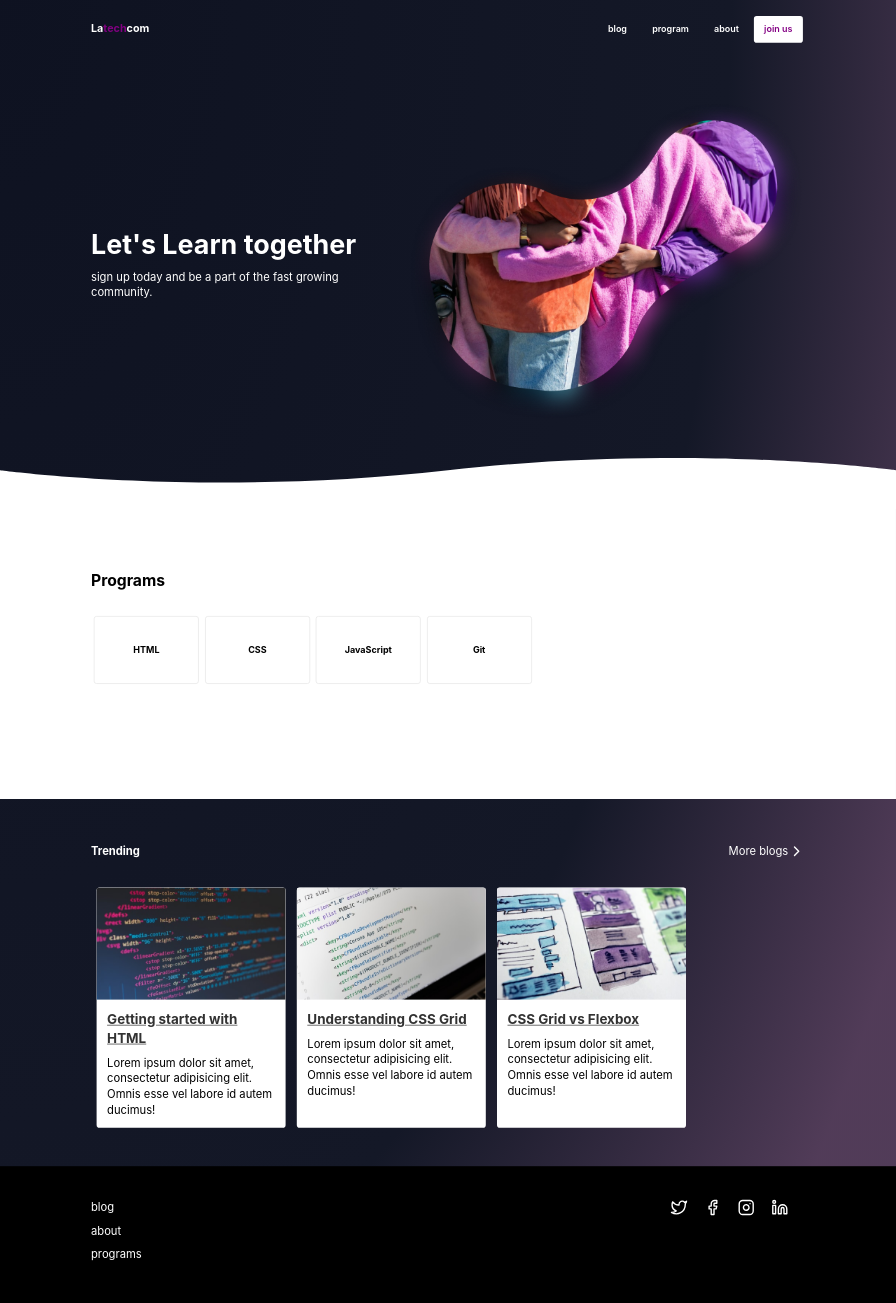
Repository: giprim/community
Page: /
The author's editor kept a copy of each file at every save. The page is drawn from the files as they stood at one save, then again after the next save.
The browser window is 1280 px wide. The pictures show the whole page, at 70% of full size.
The project was rebuilt for these pictures with package versions that can differ from the ones it lists, and the page was loaded fresh each time. Also part of the build but not shown: src/App.css, src/pages/Register.tsx.

Above is the page before, as saved 2020-10-26 00:13:24.

### src/index.css
* {
  padding: 0;
  margin: 0;
  box-sizing: border-box;
  line-height: 140%;
}

html {
  scroll-behavior: smooth;
}

body {
  font-family: -apple-system, BlinkMacSystemFont, "Segoe UI", "Roboto", "Oxygen",
    "Ubuntu", "Cantarell", "Fira Sans", "Droid Sans", "Helvetica Neue",
    sans-serif;
  -webkit-font-smoothing: antialiased;
  -moz-osx-font-smoothing: grayscale;

  background: radial-gradient(
      115.04% 150.55% at 0% -2.74%,
      #0e1221 0%,
      #141827 70.94%,
      #1d0126c4 100%
    )
    no-repeat;

  height: 100%;
}

code {
  font-family: source-code-pro, Menlo, Monaco, Consolas, "Courier New",
    monospace;
}

### src/App.tsx
import React from 'react';
import './App.css';

import { Route, Switch } from 'react-router-dom';
import { ChevronRight } from 'react-feather';
import Footer from './components/Footer';
import Home from './pages/Home';
import Register from './pages/Register';
import Navbar from './components/Navbar';

function App() {
  return (
    <>
      <Navbar />
      <Switch>
        <Route path='/' exact component={Home} />
        <Route path='/signup' exact component={Register} />
      </Switch>
      <Footer />
    </>
  );
}

export default App;

### src/components/Footer.tsx
import styled from '@emotion/styled';
import React from 'react';
import { Facebook, Instagram, Linkedin, Twitter } from 'react-feather';
import { Link } from 'react-router-dom';
import { HashLink } from 'react-router-hash-link';
import { StyledContainer } from '../pages/Home';

const Footer = () => {
  return (
    <StyledFooter>
      <StyledContainer>
        <div className='flex'>
          <ul>
            <li>
              <Link to='/blog'>blog</Link>
            </li>
            <li>
              <Link to='/about'>about</Link>
            </li>
            <li>
              <HashLink to='/#program'>programs</HashLink>
            </li>
          </ul>

          <div className='socials'>
            <a href='#' target='_blank'>
              <Twitter />
            </a>
            <a href='#' target='_blank'>
              <Facebook />
            </a>
            <a href='#' target='_blank'>
              <Instagram />
            </a>
            <a href='#' target='_blank'>
              <Linkedin />
            </a>
          </div>
        </div>
      </StyledContainer>
    </StyledFooter>
  );
};

export default Footer;

const StyledFooter = styled('div')`
  background: black;
  padding: 2em 0;
  * {
    color: white;
  }

  .flex {
    display: flex;
    justify-content: space-between;
  }
  ul {
    list-style: none;
    li {
      padding-bottom: 0.7rem;
    }
  }

  a {
    text-decoration: none;
    :hover {
      text-decoration: underline;
    }
  }

  .socials {
    a {
      margin-right: 1.5em;
      svg {
        transition: 0.19s ease-in-out;
      }
      svg:hover {
        fill: white;
        stroke: none;
      }
    }
  }
`;

### src/pages/Home.tsx
import styled from '@emotion/styled';
import React from 'react';
import { ChevronRight } from 'react-feather';
import { Link } from 'react-router-dom';
import Banner from '../components/Banner';
import BlogCard from '../components/BlogCard';
import Navbar from '../components/Navbar';
import Programs from '../components/Programs';
import startHtml from '../images/starthtml.png';
import cssgrid from '../images/cssgrid.png';
import flexbox from '../images/flexbox.png';
import whiteBg from '../images/whitebg.svg';

let text = `Lorem ipsum dolor sit amet, consectetur adipisicing elit. Omnis esse vel labore id autem ducimus!`;

let data = [
  {
    title: 'Getting started with HTML',
    image: startHtml,
    text: text,
  },
  {
    title: 'Understanding CSS Grid',
    image: cssgrid,
    text: text,
  },
  {
    title: 'CSS Grid vs Flexbox',
    image: flexbox,
    text: text,
  },
];

const Home: React.FC = () => {
  return (
    <StyledFluidContainer>
      <StyledContainer>
        <Banner />
      </StyledContainer>
      <div className='whitebg'>
        <StyledContainer id='program'>
          <Programs />
        </StyledContainer>
      </div>

      <StyledContainer>
        <StyledTrending>
          <h4>Trending</h4>

          <Link to='/blog'>
            <span>More blogs</span> <ChevronRight />
          </Link>
        </StyledTrending>
        <StyledBlogGrid>
          {data.map(({ title, image, text }) => (
            <BlogCard key={title} image={image} clue={text} title={title} />
          ))}
        </StyledBlogGrid>
      </StyledContainer>
      {/* <Footer /> */}
    </StyledFluidContainer>
  );
};

export default Home;

export const StyledContainer = styled('div')<{ onPadding?: boolean }>`
  margin: 0 auto;
  max-width: 380px;
  padding: ${({ onPadding }) => (onPadding ? '0px' : '15px')};
  @media (min-width: 700px) {
    max-width: 520px;
  }
  @media (min-width: 1000px) {
    max-width: 1050px;
  }
`;

const StyledFluidContainer = styled('div')`
  width: 100%;

  .whitebg {
    background: url(${whiteBg}) no-repeat;
    background-size: cover;
    padding: 9em 0;
  }
`;

const StyledBlogGrid = styled('div')`
  padding: 2em 0em;
  overflow-x: auto;
  display: flex;
  flex-direction: row;
`;

const StyledTrending = styled('div')`
  padding-top: 3em;
  display: flex;
  justify-content: space-between;
  align-items: center;
  * {
    color: #fff;
  }

  a {
    display: flex;
    align-items: center;
    text-decoration: none;
    :hover {
      text-decoration: underline;
    }
  }
`;

### src/components/Navbar.tsx
import React, { useState } from 'react';
import styled from '@emotion/styled';
import { NavLink } from 'react-router-dom';
import { HashLink } from 'react-router-hash-link';
import { Menu } from 'react-feather';
import { StyledContainer } from '../pages/Home';

const Navbar = () => {
  const [visible, setVisible] = useState(false);
  return (
    <StyledContainer>
      <StyledNav>
        <NavLink to='/'>
          <Logo>
            La<span>tech</span>com
          </Logo>
        </NavLink>

        <MenuButton onClick={() => setVisible((prev) => !prev)}>
          <Menu />
        </MenuButton>
        <LinkSection show={visible}>
          <li>
            <NavLink to='/blog'>blog</NavLink>
          </li>
          <li>
            <HashLink to='/#program'>program</HashLink>
          </li>
          <li>
            <NavLink to='/about'>about</NavLink>
          </li>
          <li>
            <NavLink to='/signup'>join us</NavLink>
          </li>
        </LinkSection>
      </StyledNav>
    </StyledContainer>
  );
};

export default Navbar;

const StyledNav = styled('div')`
  font-size: 0.8rem;
  display: flex;
  flex-wrap: wrap;
  justify-content: space-between;
  margin-bottom: 1rem;
  vertical-align: middle;
  div {
    height: 100%;
  }
  a {
    text-decoration: none;
  }
`;

const Logo = styled('h3')`
  font-size: 1.2em;
  padding: 15px 0;
  color: white;
  span {
    color: purple;
  }
`;

const LinkSection = styled('ul')<any>`
  display: ${(props) => (props.show ? 'block' : 'none')};
  width: 100%;
  margin-top: 15px;
  transition: 0.23s linear;
  li {
    list-style: none;
    a {
      background: #840084;
      text-decoration: none;
      display: block;
      text-align: center;
      padding: 10px 5px;
      color: white;
      font-weight: 600;
      transition: 0.23s ease-out;
      :hover {
        background: #520052;
      }
    }
    :last-child {
      a {
        background: #ffffff;
        color: #840084;
        :hover {
          background: #ffffff99;
        }
      }
    }
  }
  @media (min-width: 834px) {
    display: inline-flex;
    width: auto;
    margin-top: 8px;
    li {
      a {
        background: #ffffff00;
        padding: 10px 15px;
        border-radius: 4px;
        margin: 0 3px;
        :hover {
          background: #840084;
        }
      }
    }
  }
`;

const MenuButton = styled('button')`
  display: none;
  border: none;
  border: 1px #ffffff55 solid;
  border-radius: 4px;
  background: #ffffff00;
  color: white;
  font-size: 1.1em;
  margin-top: 10px;
  padding: 5px 15px;
  line-height: 100%;
  transition: 0.23s ease-out;
  @media (max-width: 834px) {
    display: inline;
    :hover {
      background: #ffffffaa;
    }
  }
`;

### src/components/Banner.tsx
import React, { useEffect, useState } from 'react';
import styled from '@emotion/styled';
import desktopImg from '../images/desktopBanner.png';
import mobileImg from '../images/bannerMobile.png';
import StyledInput from '../styledComponents/Input';

const Banner: React.FC = () => {
  const [mobile, setmobile] = useState(false);
  useEffect(() => {
    windowWidth();
  }, []);
  let windowWidth = () => {
    let win = window.innerWidth;
    if (win < 768) setmobile(true);
    else setmobile(false);
  };
  window.addEventListener('resize', windowWidth);

  return (
    <StyledBanner>
      <div className='caption'>
        <h2>Let's Learn together</h2>
        <p>sign up today and be a part of the fast growing community.</p>


      </div>

      <div>
        {mobile ? (
          <img src={mobileImg} alt='imagemobile' />
        ) : (
          <img src={desktopImg} alt='imagedesktop' />
        )}
      </div>
    </StyledBanner>
  );
};

export default Banner;

const StyledBanner = styled('div')`
  display: flex;
  justify-content: space-between;
  align-items: center;
  color: white;
  flex-wrap: wrap-reverse;
  padding-top: 2em;
  padding-bottom: 2em;

  h2 {
    font-size: 2em;
    margin-bottom: 0.2em;
  }
  p {
    max-width: 400px;
  }

  img {
    width: 100%;
    position: relative;
    left: 0;
    right: 0;
    /* margin-left: -15px; */
  }

  .caption {
    max-width: 400px;
  }

  .inputbox {
    margin: 2rem auto;

    label,
    input {
      display: block;
      width: 100%;
    }

    input {
      padding: 0.6em 1em;
      background: none;
      border: none;
      border-bottom: 1px #a30d83 solid;
      color: #fff;
      margin-top: 0.6em;
      margin-bottom: 0.3em;
      font-size: 0.9rem;
      transition: 0.073s ease-in;
      border-radius: 4px 4px 0 0;
      :hover,
      :focus {
        background: #ffffff13;
        border: none;
        border-radius: 4px;
      }
    }
  }
  input[type='submit'] {
    background: linear-gradient(
      93.1deg,
      #30134e 21%,
      #a30d83 59.35%,
      #f12acc 98.27%
    );
    border-radius: 4px;
    transition: 0.273s ease-in;
    border: none;
    :hover {
      background: #30134e;
    }
  }

  @media (min-width: 768px) {
    h2 {
      font-size: 2.4em;
    }
    .caption {
      padding: 0;
    }

    img {
      width: 100%;
    }
  }
`;

### src/components/BlogCard.tsx
import React from "react";
import styled from "@emotion/styled";

interface IBlogCard {
  image: any;
  title: string;
  clue: string;
}

const BlogCard: React.FC<IBlogCard> = ({ image, title, clue }) => {
  return (
    <StyledCard>
      <img src={image} alt={title} />
      <div>
        <h4>{title}</h4>
        <p>{clue}</p>
      </div>
    </StyledCard>
  );
};

export default BlogCard;

const StyledCard = styled("div")`
  width: 100%;
  display: inline-block;
  overflow: hidden;
  background: white;
  border-radius: 4px;
  padding-bottom: 15px;
  margin: 0.5em;
  flex-basis: 270px;
  flex-shrink: 0;
  img {
    width: 100%;
    height: 160px;
    object-fit: cover;
    object-position: center;
  }
  div {
    padding: 0 15px;
    h4 {
      font-size: 1.2rem;
      color: #323232;
      padding: 10px 0;
      text-decoration: underline;
    }
  }
`;

### src/components/Programs.tsx
import React from "react";
import styled from "@emotion/styled";

const Programs: React.FC = () => {
  return (
    <StyledProgram>
      <h4>Programs</h4>

      <div className='flex'>
        <div>
          <h6>HTML</h6>
        </div>
        <div>
          <h6>CSS</h6>
        </div>
        <div>
          <h6>JavaScript</h6>
        </div>
        <div>
          <h6>Git</h6>
        </div>
      </div>
    </StyledProgram>
  );
};

export default Programs;

const StyledProgram = styled("div")`
  h4 {
    font-size: 1.4rem;
  }
  .flex {
    display: flex;
    flex-wrap: wrap;
    justify-content: safe;
    padding-top: 2em;
    div {
      font-size: 1.2rem;
      margin: 0.22em;
      width: 100%;
      max-width: 150px;
      display: flex;
      border: 1px #e5e5e5 solid;
      padding: 2em;
      border-radius: 4px;
      background: white;
      justify-content: center;
      align-items: center;
    }
  }
`;

Loaded but not shown: public/index.html (common file); src/index.tsx (common file); src/reportWebVitals.ts (common file)

After the next save:
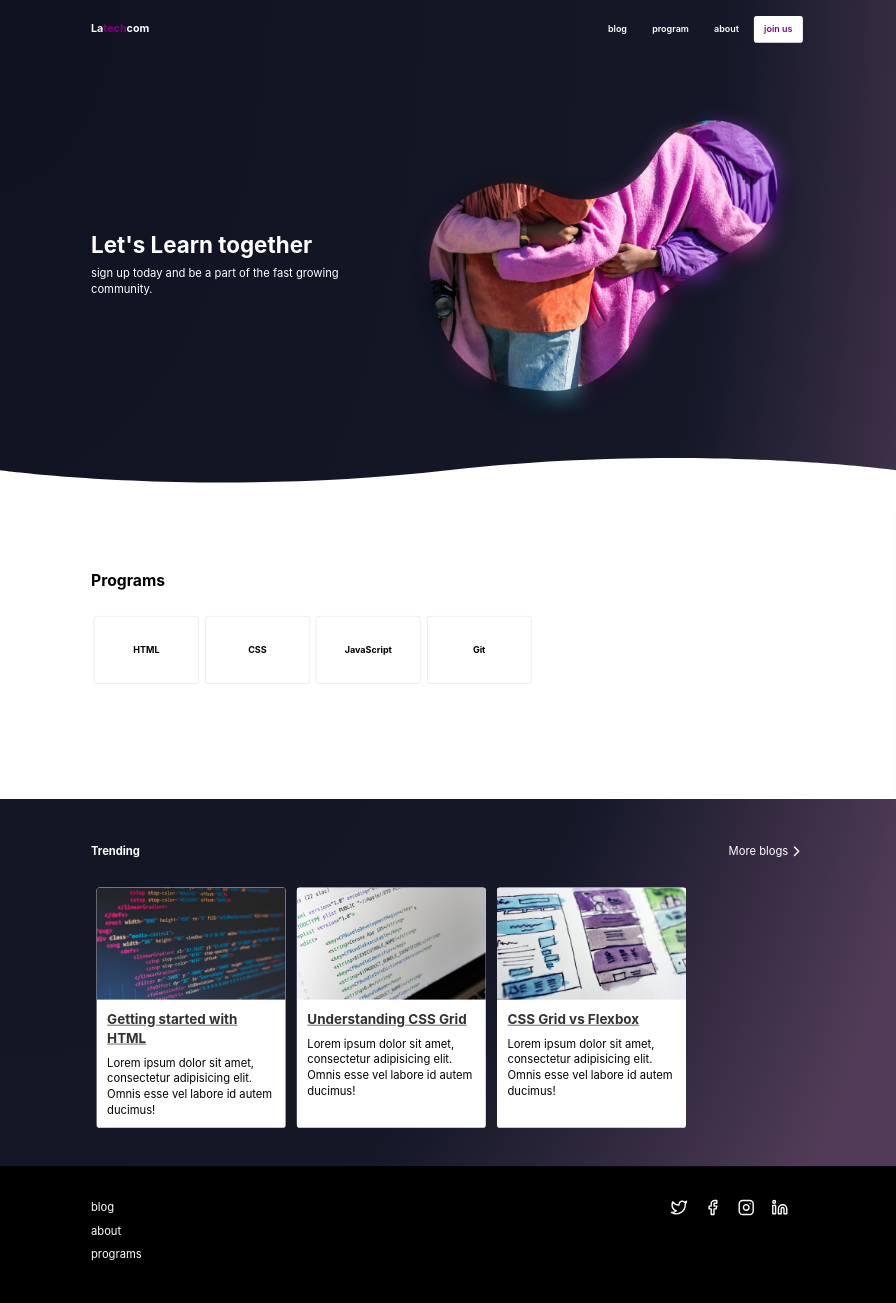
Saved 18 s later.
--- a/src/components/Banner.tsx
+++ b/src/components/Banner.tsx
@@ -76,25 +76,6 @@
       width: 100%;
     }
 
-    input {
-      padding: 0.6em 1em;
-      background: none;
-      border: none;
-      border-bottom: 1px #a30d83 solid;
-      color: #fff;
-      margin-top: 0.6em;
-      margin-bottom: 0.3em;
-      font-size: 0.9rem;
-      transition: 0.073s ease-in;
-      border-radius: 4px 4px 0 0;
-      :hover,
-      :focus {
-        background: #ffffff13;
-        border: none;
-        border-radius: 4px;
-      }
-    }
-  }
   input[type='submit'] {
     background: linear-gradient(
       93.1deg,

After the save that followed:
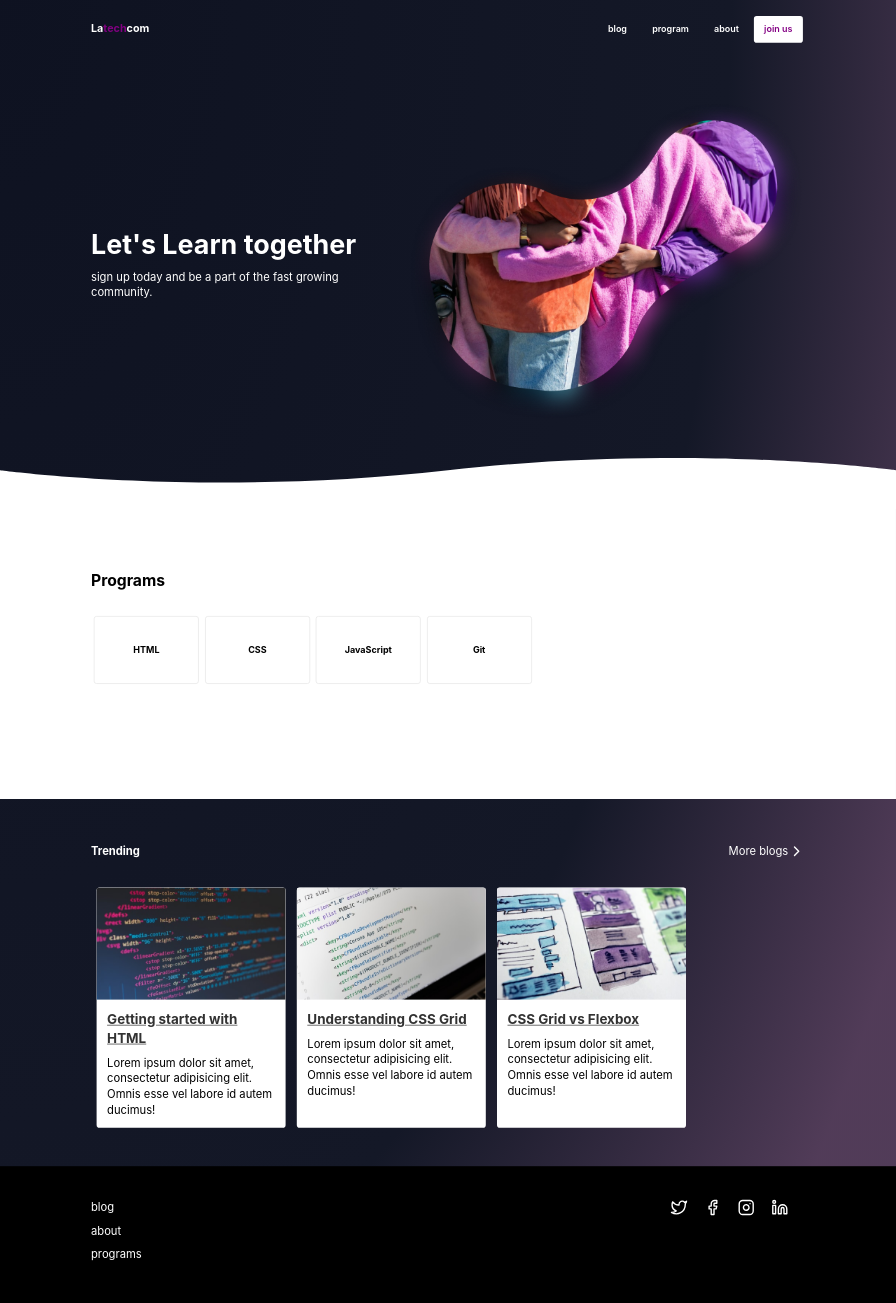
Saved 32 s later.
--- a/src/components/Banner.tsx
+++ b/src/components/Banner.tsx
@@ -67,29 +67,6 @@
     max-width: 400px;
   }
 
-  .inputbox {
-    margin: 2rem auto;
-
-    label,
-    input {
-      display: block;
-      width: 100%;
-    }
-
-  input[type='submit'] {
-    background: linear-gradient(
-      93.1deg,
-      #30134e 21%,
-      #a30d83 59.35%,
-      #f12acc 98.27%
-    );
-    border-radius: 4px;
-    transition: 0.273s ease-in;
-    border: none;
-    :hover {
-      background: #30134e;
-    }
-  }
 
   @media (min-width: 768px) {
     h2 {
